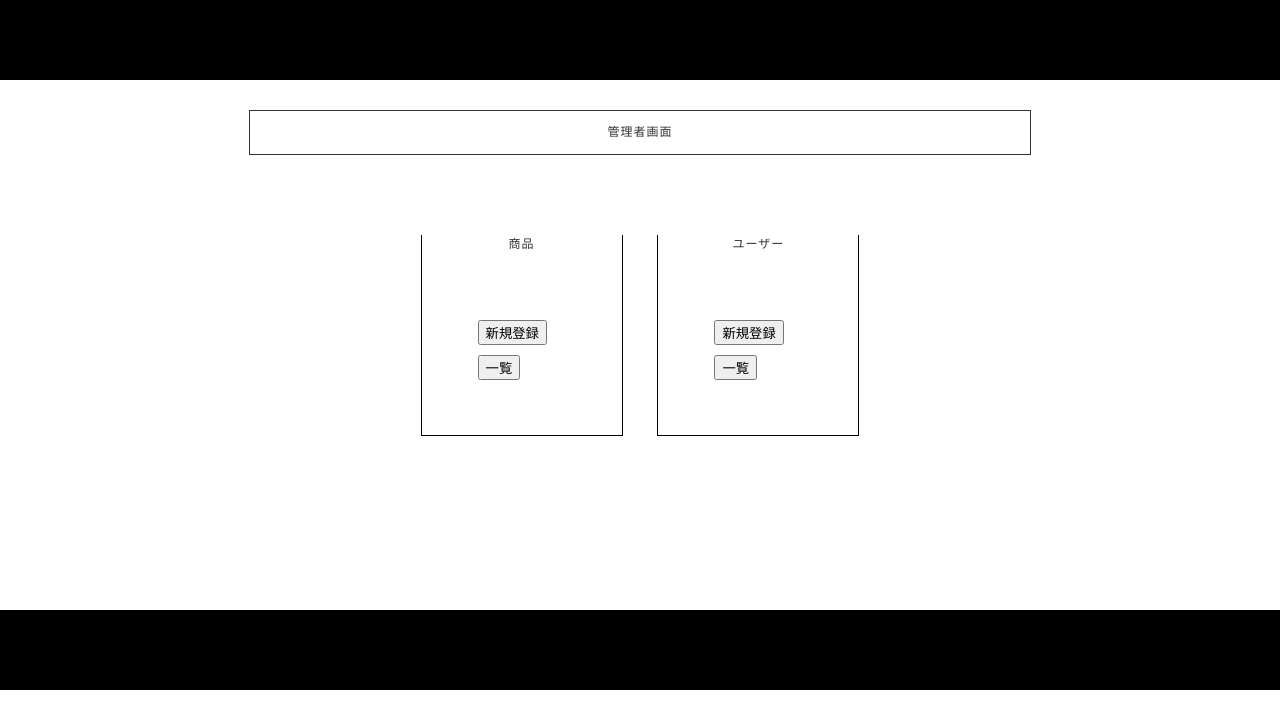
Repository: hiraide8/test
Page: http://localhost/ecsite/admin.jsp
The author's editor kept a copy of each file at every save. The page is drawn from the files as they stood at one save, then again after the next save.
The browser window is 1280 px wide. The pictures show the whole page.
The page is served by Tomcat 9.

Above is the page before, as saved 2019-01-23 11:47:51.

After the next save:
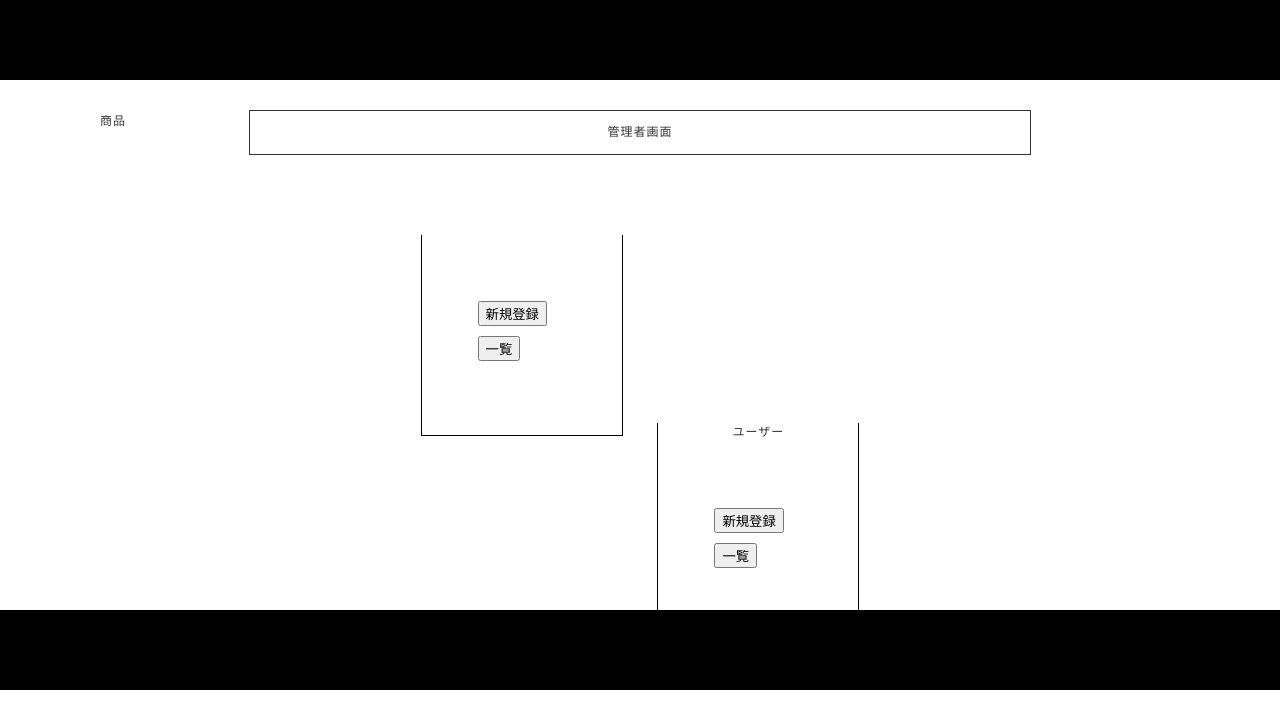
Saved 2 min 45 s later.
--- a/ecsite/WebContent/admin.jsp
+++ b/ecsite/WebContent/admin.jsp
@@ -63,6 +63,11 @@
                   border-left:1px solid black;
                   border-bottom:1px solid black;
                 }
+                .bbb{
+                  position:absolute;
+                  top:100px;
+                  left:100px;
+                }
        </style>
 </head>
 <body>
@@ -75,7 +80,7 @@
                        <p>管理者画面</p>
                </div>
                <div class="aaa">
-               商品
+               <p class="bbb">商品</p>
                        <table>
                        <tr>
                        <td>
